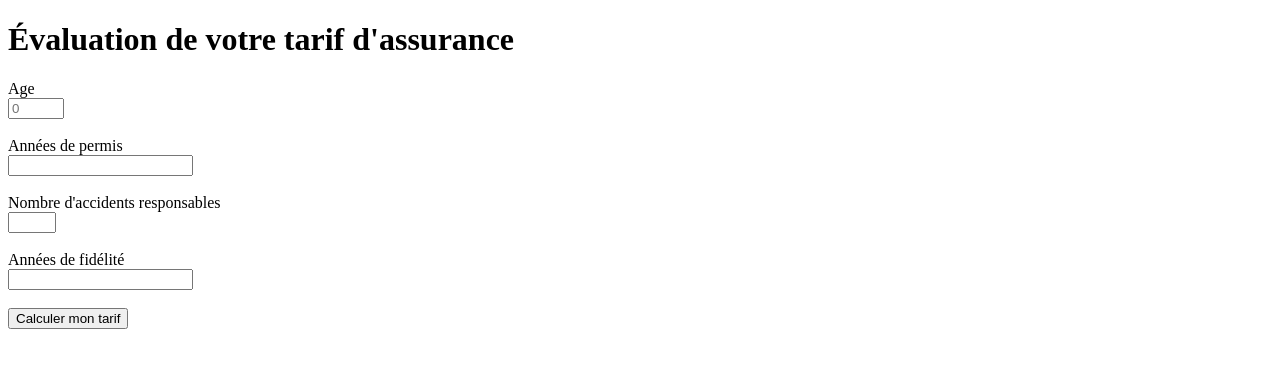
Repository: Coumba25040/coumbaProjet
Page: Site assurance/formulaire.html
These files come from the project's save history. The page is drawn as it stood at one moment and after the next save; the edit follows.
The browser window is 1280 px wide. The pictures show the whole page.

Above is the page before, as saved 2024-10-15 12:27:34.

After the next save:
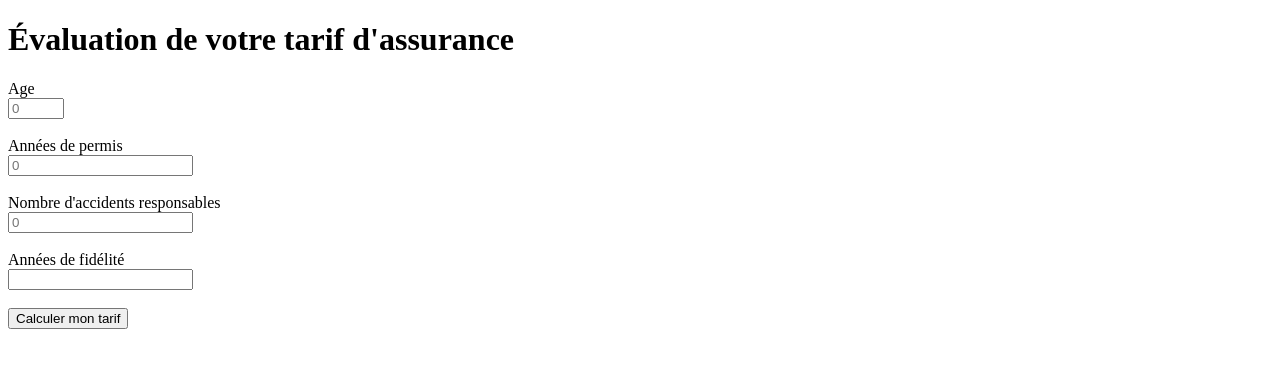
Saved 18 s later.
--- a/Site assurance/formulaire.html
+++ b/Site assurance/formulaire.html
@@ -14,12 +14,12 @@
 <br>
 
 <label>Années de permis</label><br>
-<input type="number"pl min="0"><br>
+<input type="number" placeholder="0" min="0"><br>
 
 <br>
 
 <label>Nombre d'accidents responsables</label><br>
-<input type="number" min="0" max="5"><br>
+<input type="number" placeholder="0" max="5"><br>
 
 <br>
 
